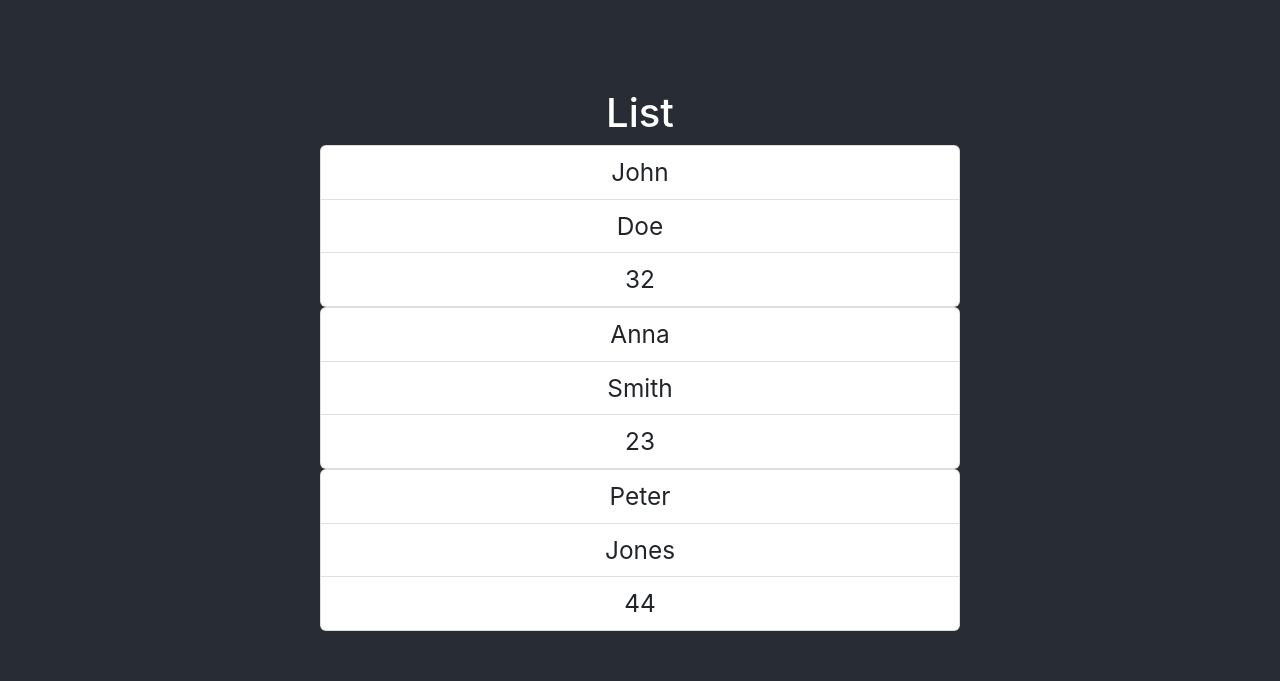
Repository: JasonMorta/ExamplesWithReact
Page: / (app in examples/)
The author's editor kept a copy of each file at every save. The page is drawn from the files as they stood at one save, then again after the next save.
The browser window is 1280 px wide. The pictures show the whole page.
The project was rebuilt for these pictures with package versions that can differ from the ones it lists, and the page was loaded fresh each time.

Above is the page before, as saved 2022-10-03 19:47:43.

### examples/public/index.html
<!DOCTYPE html>
<html lang="en">
  <head>
    <meta charset="utf-8" />
    <link rel="icon" href="%PUBLIC_URL%/favicon.ico" />
    <meta name="viewport" content="width=device-width, initial-scale=1" />
    <meta name="theme-color" content="#000000" />
    <meta
      name="description"
      content="Web site created using create-react-app"
    />
    <link rel="apple-touch-icon" href="%PUBLIC_URL%/logo192.png" />
    <!--
      manifest.json provides metadata used when your web app is installed on a
      user's mobile device or desktop. See https://developers.google.com/web/fundamentals/web-app-manifest/
    -->
    <link rel="manifest" href="%PUBLIC_URL%/manifest.json" />
    <!--
      Notice the use of %PUBLIC_URL% in the tags above.
      It will be replaced with the URL of the `public` folder during the build.
      Only files inside the `public` folder can be referenced from the HTML.

      Unlike "/favicon.ico" or "favicon.ico", "%PUBLIC_URL%/favicon.ico" will
      work correctly both with client-side routing and a non-root public URL.
      Learn how to configure a non-root public URL by running `npm run build`.
    -->
    <link href="https://cdn.jsdelivr.net/npm/bootstrap@5.2.1/dist/css/bootstrap.min.css" rel="stylesheet">
    <title>React App</title>
  </head>
  <body>
    <noscript>You need to enable JavaScript to run this app.</noscript>
    <div id="root"></div>
    <!--
      This HTML file is a template.
      If you open it directly in the browser, you will see an empty page.

      You can add webfonts, meta tags, or analytics to this file.
      The build step will place the bundled scripts into the <body> tag.

      To begin the development, run `npm start` or `yarn start`.
      To create a production bundle, use `npm run build` or `yarn build`.
    -->
  </body>
</html>

### examples/src/App.js
import logo from './logo.svg';
import './App.css';
import Instance from './components/Instance';





function App() {
  return (
    <div className="App">
      <header className="App-header">
      <Instance />
      </header>
    </div>
  );
}

export default App;

### examples/src/App.css
.App {
  text-align: center;
}

.App-logo {
  height: 40vmin;
  pointer-events: none;
}

@media (prefers-reduced-motion: no-preference) {
  .App-logo {
    animation: App-logo-spin infinite 20s linear;
  }
}

.App-header {
  background-color: #282c34;
  min-height: 100vh;
  display: flex;
  flex-direction: column;
  align-items: center;
  justify-content: center;
  font-size: calc(10px + 2vmin);
  color: white;
}

.App-link {
  color: #61dafb;
}

@keyframes App-logo-spin {
  from {
    transform: rotate(0deg);
  }
  to {
    transform: rotate(360deg);
  }
}


li {
  margin: 0px;
}

### examples/src/components/Instance.jsx
import React from 'react'

export default function Instance() {

const employees = [
  { firstName: "John", lastName: "Doe", age: 32 },
  { firstName: "Anna", lastName: "Smith", age: 23 },
  { firstName: "Peter", lastName: "Jones", age: 44 },
];



  return (
    <div style={{minWidth: "50%"}}>
      <h1>List</h1>

      {employees.map((obj, index) => (
        <ul class="list-group">
          <li class="list-group-item">{obj.firstName}</li>
          <li class="list-group-item">{obj.lastName}</li>
          <li class="list-group-item">{obj.age}</li>
        </ul>
      ))}
    </div>
  );
}

Loaded but not shown: examples/src/index.js (common file); examples/src/index.css (common file); examples/src/reportWebVitals.js (common file)

After the next save:
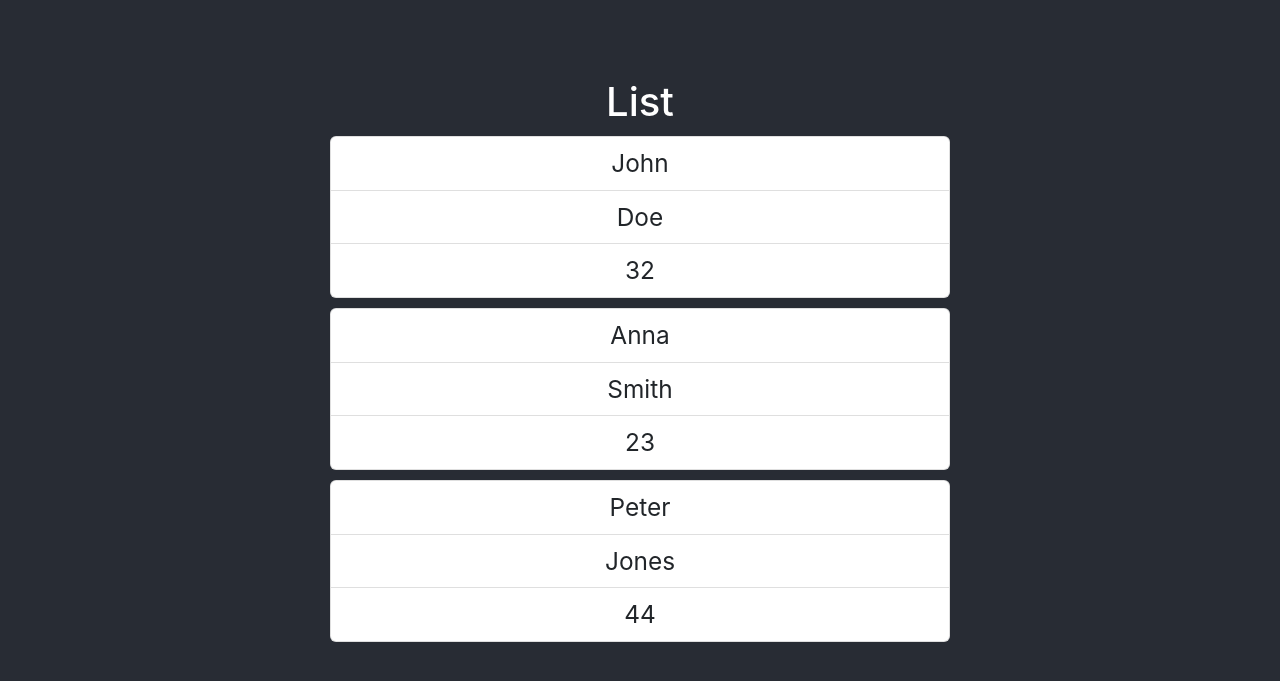
Saved 10 s later.
--- a/examples/src/App.css
+++ b/examples/src/App.css
@@ -38,6 +38,6 @@
 }
 
 
-li {
-  margin: 0px;
+ul {
+  margin: 10px;
 }
